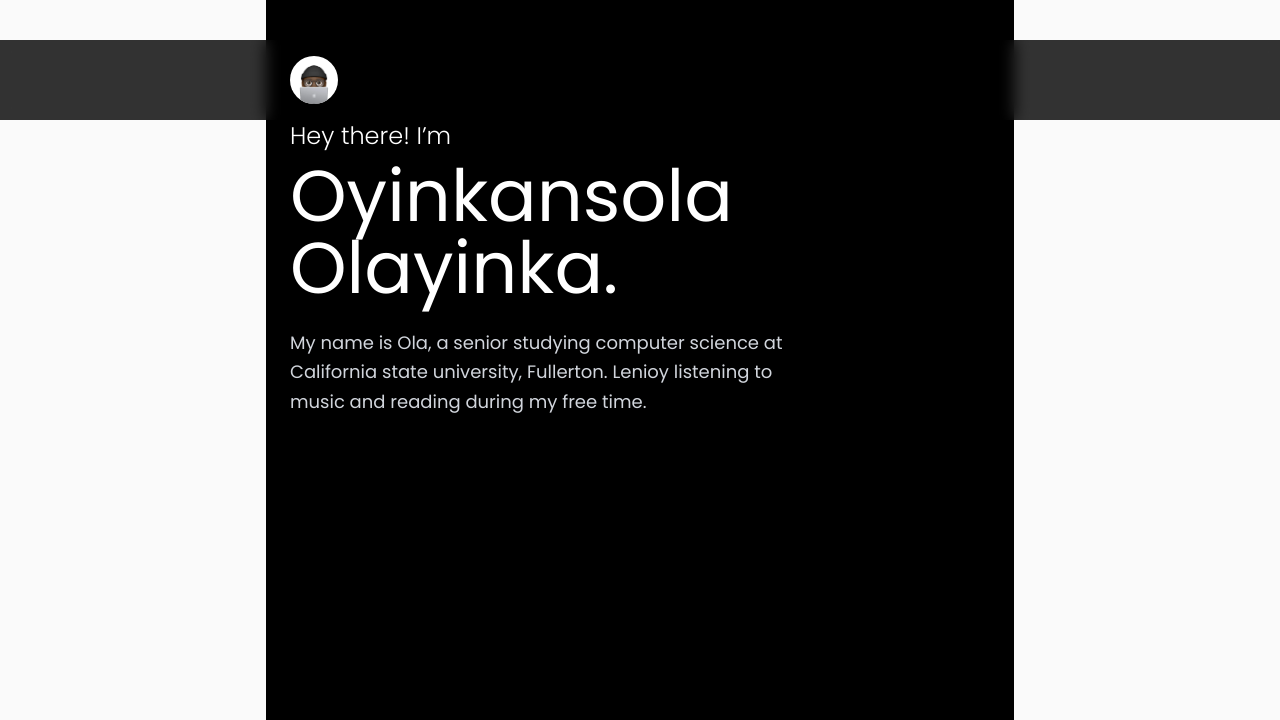
Repository: olasores/olasores-portfolio
Page: /
These files come from the project's save history. The page is drawn as it stood at one moment and after a run of saves; the edit follows.
The browser window is 1280 px wide. The pictures show the whole page.
The project was rebuilt for these pictures with package versions that can differ from the ones it lists, and the page was loaded fresh each time. The framework's server and built-in components were replaced by stand-ins that run in the browser. Also part of the build but not shown: next.config.ts.

Above is the page before, as saved 2025-11-11 12:52:40.

### app/layout.tsx
import type { Metadata } from "next";
import { Poppins } from "next/font/google";
import "./globals.css";
import Navbar from "./components/Navbar";

const poppins = Poppins({
  variable: "--font-poppins",
  weight: ["300", "400", "500", "600", "700"],
  subsets: ["latin"],
});

export const metadata: Metadata = {
  title: "Create Next App",
  description: "Generated by create next app",
};

export default function RootLayout({
  children,
}: Readonly<{
  children: React.ReactNode;
}>) {
  return (
    <html lang="en">
      <body
        className={`${poppins.variable} antialiased`}
      >
        <Navbar />
        {children}
      </body>
    </html>
  );
}

### app/page.tsx
import HomeSection from "./components/HomeSection";
import Portfolio from "./components/Portfolio";

export default function Home() {
  return (

    <div className="flex min-h-screen items-center justify-center bg-zinc-50 font-sans dark:bg-black top-20">
      <HomeSection />
      <Portfolio />
    </div>
  );
}

### app/globals.css
@import "tailwindcss";

* {
  font-family: 'Poppins', sans-serif;
}

:root {
  --background: #ffffff;
  --foreground: #171717;
}

@media (prefers-color-scheme: dark) {
  :root {
    --background: #0a0a0a;
    --foreground: #ededed;
  }
}

body {
  background: var(--background);
  color: var(--foreground);
}

### app/components/Navbar.tsx
export default function Navbar() {
    return (
        <nav className="fixed top-10 left-0 right-0 bg-black/80 backdrop-blur-sm px-6 py-4 z-50 flex justify-center">
            <div className="max-w-[700px] w-full flex items-center justify-between">
                {/* Logo */}
                <div className="relative w-12 h-12 rounded-full bg-white overflow-hidden flex items-center justify-center">
                    <img
                        src="/assets/olaimg2.webp"
                        alt="Oyinkansola Olayinka Logo"
                        className="w-full h-full object-cover"
                    />
                </div>

                {/* Links */}
                {/* <div className="flex gap-8 text-white">
                    <a href="#" className="hover:text-gray-400 transition">
                        Github ↗
                    </a>
                    <a href="#" className="hover:text-gray-400 transition">
                        linkedin ↗
                    </a>
                    <a href="#" className="hover:text-gray-400 transition">
                        Resume ↗
                    </a>
                </div> */}
            </div>
        </nav>
    );
}

### app/components/HomeSection.tsx


export default function HomeSection() {
    return (
        <div className="flex min-h-screen justify-center bg-black font-sans dark:bg-black px-6 py-5 pt-30">
            <div className="max-w-[700px] w-full flex flex-col gap-12">
                {/* Text content */}
                <div className="flex flex-col gap-6 items-center md:items-start">
                    <div>
                        <h2 className="text-xl md:text-2xl font-light text-white mb-2">
                            Hey there! I&rsquo;m
                        </h2>
                        <h1 className="text-5xl md:text-7xl  text-white">
                            Oyinkansola Olayinka.
                        </h1>
                    </div>

                    <p className="text-base md:text-lg text-gray-300 leading-relaxed max-w-lg">
                        My name is Ola, a senior studying computer science at California state university, Fullerton. Lenioy listening to music and reading during my free time.
                    </p>

                    {/* Links */}
                    {/* <div className="flex gap-6 text-lg md:text-xl text-white">
                        <a href="#" className="hover:text-gray-400 transition">
                            Github ↗
                        </a>
                        <a href="#" className="hover:text-gray-400 transition">
                            linkedin ↗
                        </a>
                        <a href="#" className="hover:text-gray-400 transition">
                            Resume ↗
                        </a>
                    </div> */}
                </div>
            </div>
        </div>
    );
}

### app/components/Portfolio.tsx
export default function Portfolio() {
    return (
        <div>

        </div>

    );
}

After the next 4 saves:
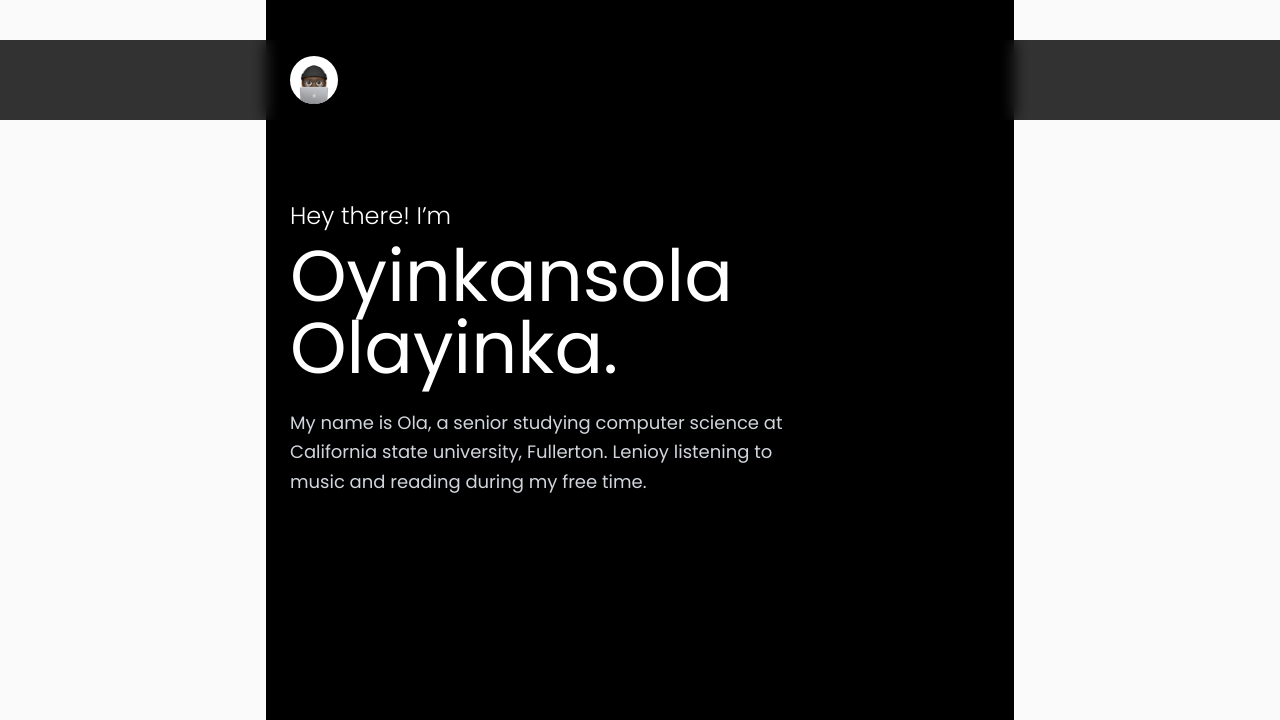
The 4 saves are shown as one change because they came seconds apart.
The last was saved 21 s later.
--- a/app/components/HomeSection.tsx
+++ b/app/components/HomeSection.tsx
@@ -2,7 +2,7 @@
 
 export default function HomeSection() {
     return (
-        <div className="flex min-h-screen justify-center bg-black font-sans dark:bg-black px-6 py-5 pt-30">
+        <div className="flex min-h-screen justify-center bg-black font-sans dark:bg-black px-6 py-5 pt-30 md:pt-50">
             <div className="max-w-[700px] w-full flex flex-col gap-12">
                 {/* Text content */}
                 <div className="flex flex-col gap-6 items-center md:items-start">
